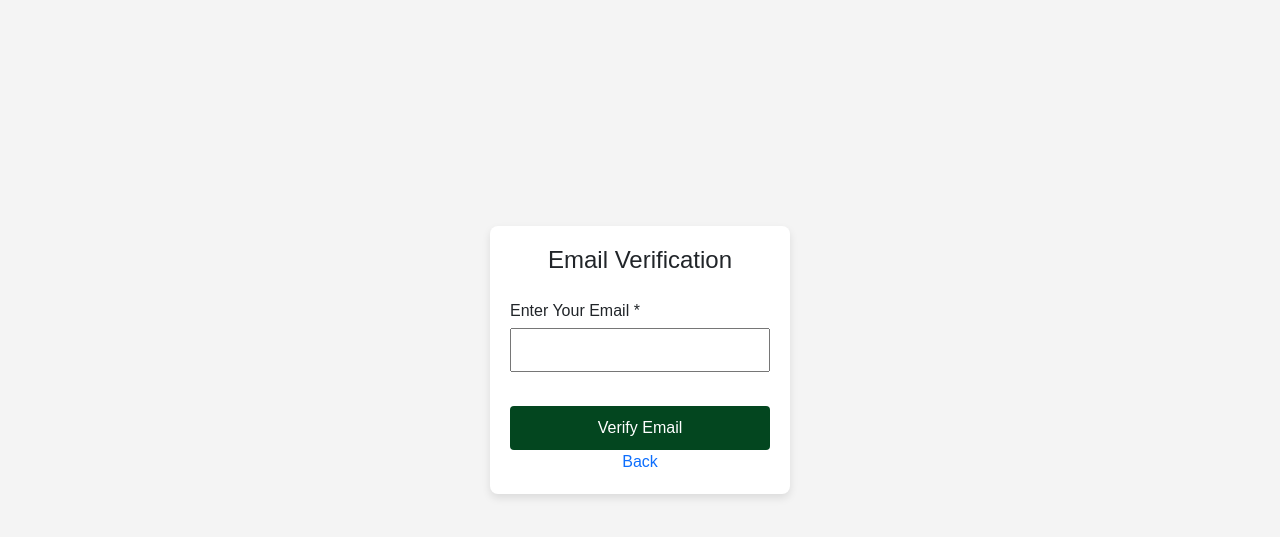
Repository: viraj7551/Flying-Invite-Project
Page: http://localhost/FlyingInvite/verifyEmail.jsp
An editor plug-in stored every save of this project. The page is shown before and after a run of saves, followed by the edit.
The browser window is 1280 px wide. The pictures show the whole page.
The page is served by Tomcat 9. Other server files are loaded and not shown.

Above is the page before, as saved 2025-04-22 18:24:48.

### FlyingInvite/WebContent/verifyEmail.jsp
<%@ page language="java" contentType="text/html; charset=ISO-8859-1"
    pageEncoding="ISO-8859-1"%>

 <%@ page import = "java.util.*"%>

<!DOCTYPE html>
<html>
<head>
  <meta charset="UTF-8">
  <meta name="viewport" content="width=device-width, initial-scale=1, shrink-to-fit=no">
  <meta name="description" content="">
  <meta name="author" content="">
  <link rel="preconnect" href="https://fonts.googleapis.com">
  <link rel="preconnect" href="https://fonts.gstatic.com" crossorigin>
  <link href="https://fonts.googleapis.com/css2?family=Poppins:wght@100;200;300;400;500;600;700;800;900&display=swap" rel="stylesheet">

  <title>Flying Invite | Email Verification</title>

  <!-- Bootstrap core CSS -->
  <link href="vendor/bootstrap/css/bootstrap.min.css" rel="stylesheet">


  <!-- Additional CSS Files -->
  <link rel="stylesheet" href="assets/css/fontawesome.css">
  <link rel="stylesheet" href="assets/css/app.css">
  <link rel="stylesheet" href="assets/css/animated.css">
  <link rel="stylesheet" href="assets/css/owl.css">
   <link rel="stylesheet" href="assets/css/style02.css">

  <script async src="https://www.googletagmanager.com/gtag/js?id=G-DZ4MP44ET9"></script>
<script>
  window.dataLayer = window.dataLayer || [];
  function gtag(){dataLayer.push(arguments);}
  gtag('js', new Date());

  gtag('config', 'G-DZ4MP44ET9');
</script>


</head>
<body>

   <%
      if(session.getAttribute("generatedOTP") != null){
    	  session.invalidate();
      }

   %>


 <!-- ***** Preloader Start ***** -->
  <div id="js-preloader" class="js-preloader">
    <div class="preloader-inner">
      <span class="dot"></span>
      <div class="dots">
        <span></span>
        <span></span>
        <span></span>
      </div>
    </div>
  </div>



    <div id="form-container">
        <h4>Email Verification</h4> <br>
        <form id="signup-form" method="POST" action="/FlyingInvite/EmailAuth" onsubmit="return baby_name_generator()">
            <label for="email">Enter Your Email *</label>
            <input type="email" id="email" name="email" required><br>
            <button type="submit">Verify Email</button>
        </form>
         <a id="navigateBack" href="index.jsp">Back</a>
    </div>



  <!-- Scripts -->
  <script src="./vendor/jquery/jquery.min.js"></script>
  <script src="./vendor/bootstrap/js/bootstrap.bundle.min.js"></script>
  <script src="./assets/js/owl-carousel.js"></script>
  <script src="./assets/js/animation.js"></script>
  <script src="./assets/js/imagesloaded.js"></script>
  <script src="./assets/js/custom.js"></script>
  <script src="./assets/js/app.js"></script>
</body>
</html>

### FlyingInvite/WebContent/assets/css/owl.css
/**
 * Owl Carousel v2.3.4
 * Copyright 2013-2018 David Deutsch
 * Licensed under: SEE LICENSE IN https://github.com/OwlCarousel2/OwlCarousel2/blob/master/LICENSE
 */
/*
 *  Owl Carousel - Core
 */
.owl-carousel {
  display: none;
  width: 100%;
  -webkit-tap-highlight-color: transparent;
  /* position relative and z-index fix webkit rendering fonts issue */
  position: relative;
  z-index: 1; }
  .owl-carousel .owl-stage {
    position: relative;
    -ms-touch-action: pan-Y;
    touch-action: manipulation;
    -moz-backface-visibility: hidden;
    /* fix firefox animation glitch */ }
  .owl-carousel .owl-stage:after {
    content: ".";
    display: block;
    clear: both;
    visibility: hidden;
    line-height: 0;
    height: 0; }
  .owl-carousel .owl-stage-outer {
    position: relative;
    overflow: hidden;
    /* fix for flashing background */
    -webkit-transform: translate3d(0px, 0px, 0px); }
  .owl-carousel .owl-wrapper,
  .owl-carousel .owl-item {
    -webkit-backface-visibility: hidden;
    -moz-backface-visibility: hidden;
    -ms-backface-visibility: hidden;
    -webkit-transform: translate3d(0, 0, 0);
    -moz-transform: translate3d(0, 0, 0);
    -ms-transform: translate3d(0, 0, 0); }
  .owl-carousel .owl-item {
    position: relative;
    min-height: 1px;
    float: left;
    -webkit-backface-visibility: hidden;
    -webkit-tap-highlight-color: transparent;
    -webkit-touch-callout: none; }
  .owl-carousel .owl-item img {
    display: block;
    width: 100%; }
  .owl-carousel .owl-nav.disabled,
  .owl-carousel .owl-dots.disabled {
    display: none; }
  .owl-carousel .owl-nav .owl-prev,
  .owl-carousel .owl-nav .owl-next,
  .owl-carousel .owl-dot {
    cursor: pointer;
    -webkit-user-select: none;
    -khtml-user-select: none;
    -moz-user-select: none;
    -ms-user-select: none;
    user-select: none; }
  .owl-carousel .owl-nav button.owl-prev,
  .owl-carousel .owl-nav button.owl-next,
  .owl-carousel button.owl-dot {
    background: none;
    color: inherit;
    border: none;
    padding: 0 !important;
    font: inherit; }
  .owl-carousel.owl-loaded {
    display: block; }
  .owl-carousel.owl-loading {
    opacity: 0;
    display: block; }
  .owl-carousel.owl-hidden {
    opacity: 0; }
  .owl-carousel.owl-refresh .owl-item {
    visibility: hidden; }
  .owl-carousel.owl-drag .owl-item {
    -ms-touch-action: pan-y;
        touch-action: pan-y;
    -webkit-user-select: none;
    -moz-user-select: none;
    -ms-user-select: none;
    user-select: none; }
  .owl-carousel.owl-grab {
    cursor: move;
    cursor: grab; }
  .owl-carousel.owl-rtl {
    direction: rtl; }
  .owl-carousel.owl-rtl .owl-item {
    float: right; }

/* No Js */
.no-js .owl-carousel {
  display: block; }

/*
 *  Owl Carousel - Animate Plugin
 */
.owl-carousel .animated {
  animation-duration: 1000ms;
  animation-fill-mode: both; }

.owl-carousel .owl-animated-in {
  z-index: 0; }

.owl-carousel .owl-animated-out {
  z-index: 1; }

.owl-carousel .fadeOut {
  animation-name: fadeOut; }

@keyframes fadeOut {
  0% {
    opacity: 1; }
  100% {
    opacity: 0; } }

/*
 * 	Owl Carousel - Auto Height Plugin
 */
.owl-height {
  transition: height 500ms ease-in-out; }

/*
 * 	Owl Carousel - Lazy Load Plugin
 */
.owl-carousel .owl-item {
  /**
			This is introduced due to a bug in IE11 where lazy loading combined with autoheight plugin causes a wrong
			calculation of the height of the owl-item that breaks page layouts
		 */ }
  .owl-carousel .owl-item .owl-lazy {
    opacity: 0;
    transition: opacity 400ms ease; }
  .owl-carousel .owl-item .owl-lazy[src^=""], .owl-carousel .owl-item .owl-lazy:not([src]) {
    max-height: 0; }
  .owl-carousel .owl-item img.owl-lazy {
    transform-style: preserve-3d; }

/*
 * 	Owl Carousel - Video Plugin
 */
.owl-carousel .owl-video-wrapper {
  position: relative;
  height: 100%;
  background: #000; }

.owl-carousel .owl-video-play-icon {
  position: absolute;
  height: 80px;
  width: 80px;
  left: 50%;
  top: 50%;
  margin-left: -40px;
  margin-top: -40px;
  background: url("owl.video.play.png") no-repeat;
  cursor: pointer;
  z-index: 1;
  -webkit-backface-visibility: hidden;
  transition: transform 100ms ease; }

.owl-carousel .owl-video-play-icon:hover {
  -ms-transform: scale(1.3, 1.3);
      transform: scale(1.3, 1.3); }

.owl-carousel .owl-video-playing .owl-video-tn,
.owl-carousel .owl-video-playing .owl-video-play-icon {
  display: none; }

.owl-carousel .owl-video-tn {
  opacity: 0;
  height: 100%;
  background-position: center center;
  background-repeat: no-repeat;
  background-size: contain;
  transition: opacity 400ms ease; }

.owl-carousel .owl-video-frame {
  position: relative;
  z-index: 1;
  height: 100%;
  width: 100%; }

### FlyingInvite/WebContent/assets/css/style02.css
@charset "ISO-8859-1";

    /* styles.css */
body {
    font-family: Arial, sans-serif;
    display: flex;
    justify-content: center;
    align-items: center;
    height: 100vh;
    margin: 0;
    background-color: #f4f4f4;
}

#form-container {
    background-color: white;
    padding: 20px;
    border-radius: 8px;
    box-shadow: 0px 4px 8px rgba(0, 0, 0, 0.1);
    width: 300px;
    text-align: center;
}

form {
    display: flex;
    flex-direction: column;
    align-items: flex-start;
}

label {
    margin-bottom: 5px;
}

input {
    padding: 8px;
    margin-bottom: 10px;
    width: 100%;
    box-sizing: border-box;
}

select{
    padding: 8px;
    margin-bottom: 25px;
    width: 100%;
    box-sizing: border-box;
}

select > option{
    padding: 15px;
}

.caste_preference{
    display: flex;
    width: 100%;
    margin-bottom: 5px;
}

.starting_letter_specific{
    display: flex;
    width: 100%;
    margin-bottom: 5px;
}

.error{
    margin-top: -30px;
    margin-bottom: 20px;
    color: red;
    font-size: 14px;
    display: none;
}

button {
    padding: 10px;
    background-color: #03461f;
    color: white;
    border: none;
    border-radius: 4px;
    cursor: pointer;
    width: 100%;
}

button:hover {
    background-color: #03751ac4;
}

Loaded but not shown: FlyingInvite/WebContent/assets/css/fontawesome.css (library); FlyingInvite/WebContent/assets/css/animated.css (common file); FlyingInvite/WebContent/assets/js/owl-carousel.js (3448 lines, source omitted); FlyingInvite/WebContent/assets/js/imagesloaded.js (496 lines, source omitted); FlyingInvite/WebContent/assets/js/animation.js (193 lines, source omitted); FlyingInvite/WebContent/assets/js/custom.js (172 lines, source omitted); FlyingInvite/WebContent/assets/js/app.js (7 lines, source omitted); FlyingInvite/WebContent/assets/css/app.css (2123 lines, source omitted)

After the next 2 saves:
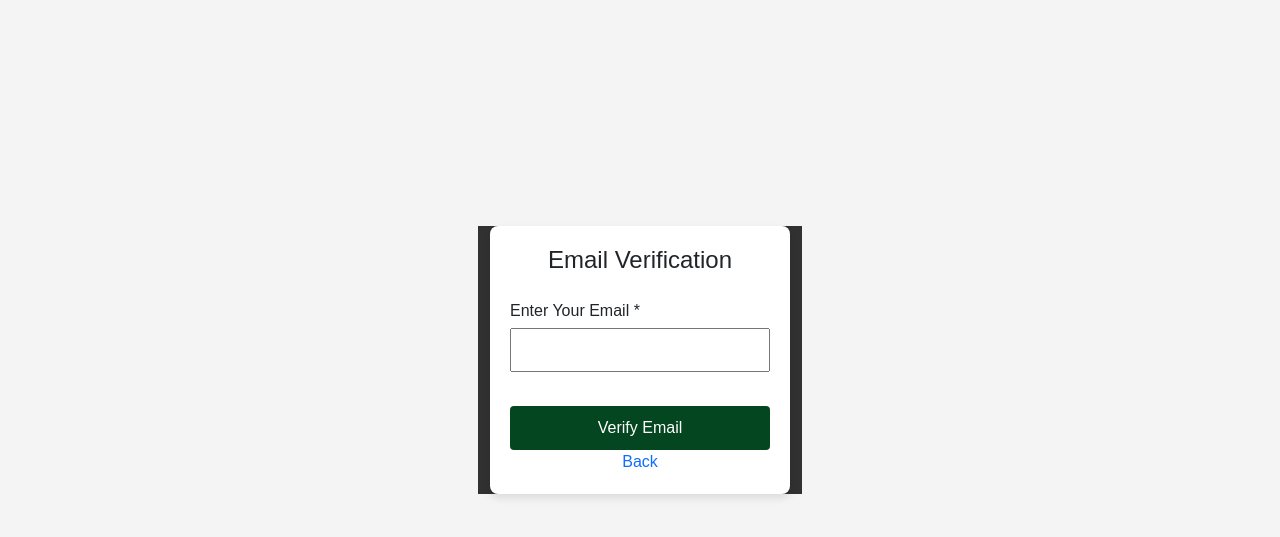
The 2 saves are shown as one change because they came seconds apart.
The last was saved 23 h 19 min later.
--- a/FlyingInvite/WebContent/verifyEmail.jsp
+++ b/FlyingInvite/WebContent/verifyEmail.jsp
@@ -62,6 +62,13 @@
 
 
 
+    <!-- Background image -->
+  <div id="intro" class="bg-image shadow-2-strong">
+    <div class="mask" style="background-color: rgba(0, 0, 0, 0.8);">
+      <div class="container d-flex align-items-center justify-content-center text-center h-100">
+
+
+
     <div id="form-container">
         <h4>Email Verification</h4> <br>
         <form id="signup-form" method="POST" action="/FlyingInvite/EmailAuth" onsubmit="return baby_name_generator()">
@@ -70,6 +77,12 @@
             <button type="submit">Verify Email</button>
         </form>
          <a id="navigateBack" href="index.jsp">Back</a>
+    </div>
+
+
+
+    </div>
+    </div>
     </div>
 
 
